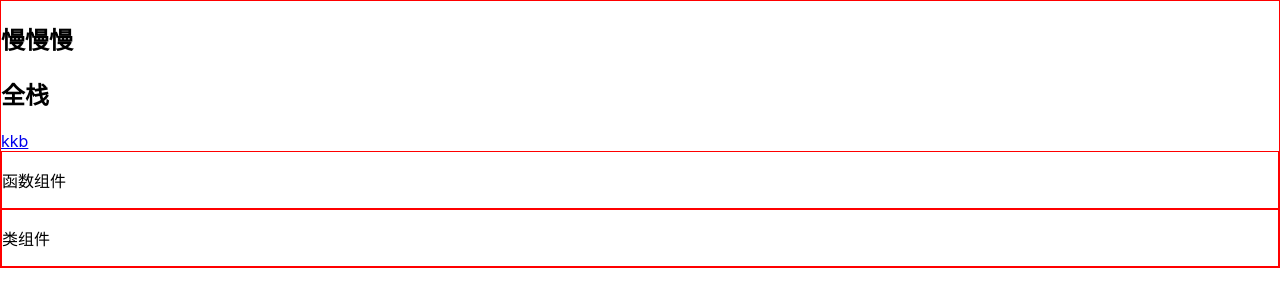
Repository: guoshukun1994/reactByHandWriting
Page: /
An editor plug-in stored every save of this project. The page is shown before and after the next save, followed by the edit.
The browser window is 1280 px wide. The pictures show the whole page.
The project was rebuilt for these pictures with package versions that can differ from the ones it lists, and the page was loaded fresh each time.

Above is the page before, as saved 2021-02-10 10:04:15.

After the next save:
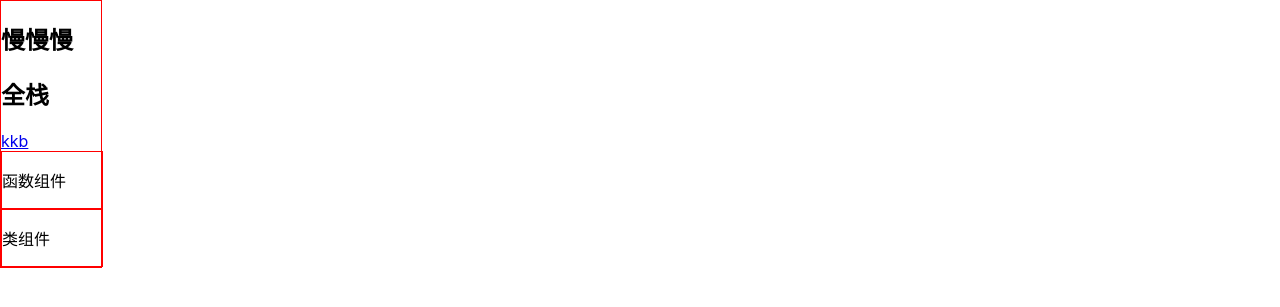
Saved 6 s later.
--- a/src/index.css
+++ b/src/index.css
@@ -13,6 +13,6 @@ code {
 }
 
 .border {
-  width: ;
+  width: 100px;
   border: 1px solid red;
 }
